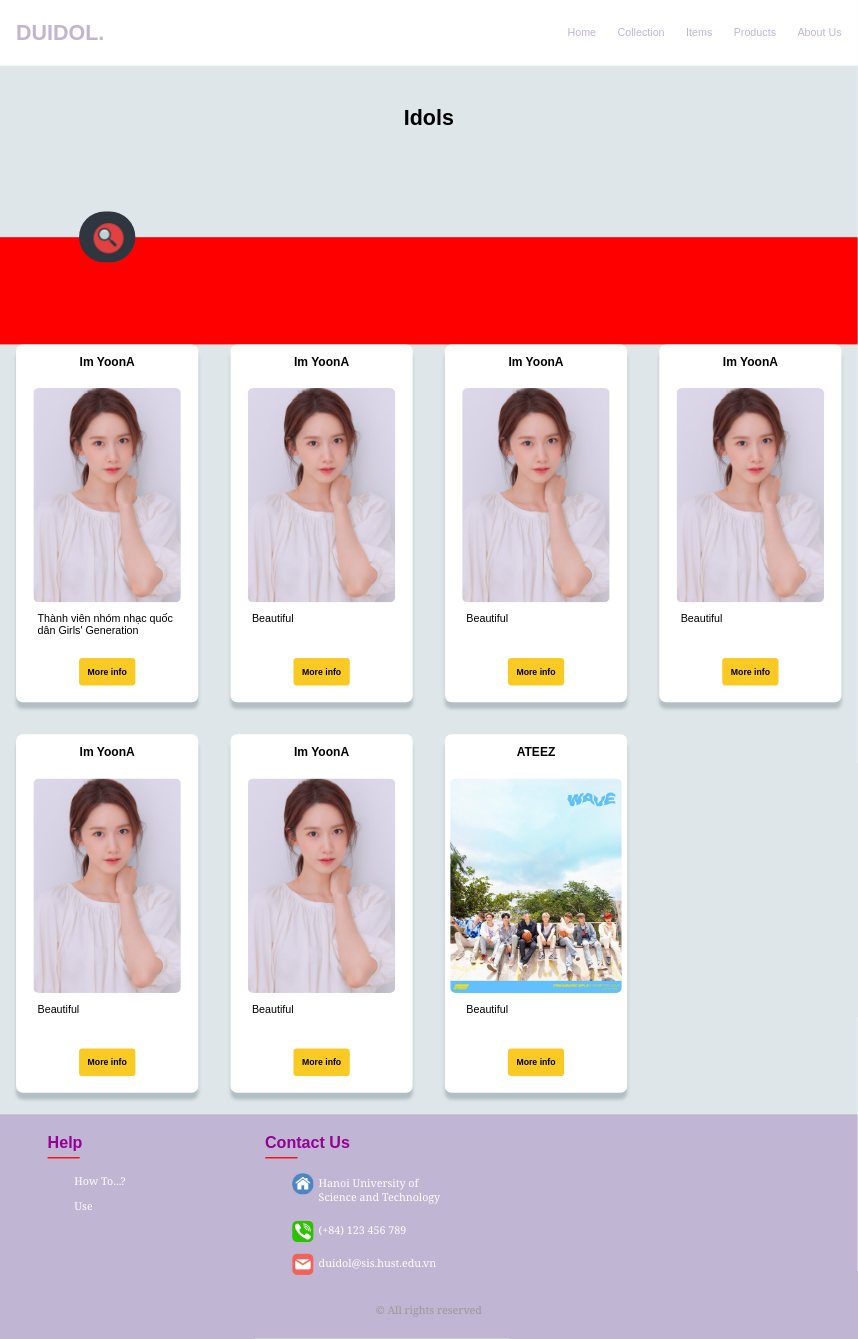
Repository: hangvtt183524/Cong_nghe_Web_va_dich_vu_truc_tuyen_20202
Page: ProjectWeb/src/View/html/idol_list.html
The author's editor kept a copy of each file at every save. The page is drawn from the files as they stood at one save, then again after the next save.
The browser window is 1280 px wide. The pictures show the whole page, at 67% of full size.

Above is the page before, as saved 2021-05-06 17:48:49.

After the next save:
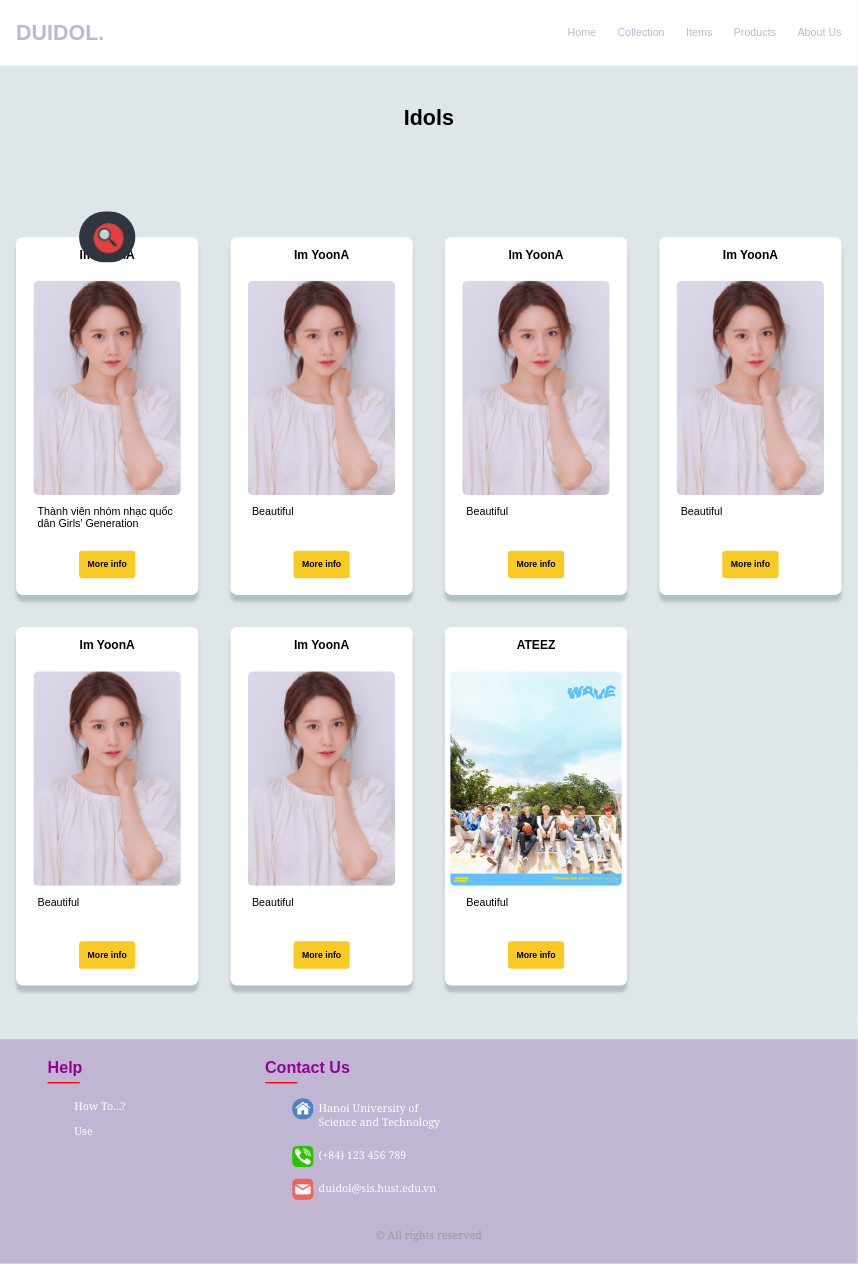
Saved 10 s later.
--- a/ProjectWeb/src/View/css/idol_list.css
+++ b/ProjectWeb/src/View/css/idol_list.css
@@ -5,7 +5,7 @@
 
 .idol-list {
 	background-color:#dfe6e9;
-	padding-bottom: 2em;
+	padding-bottom: 5em;
     align-items: center;
     padding-top: 2em;
 }
@@ -17,7 +17,6 @@
 .container1 {
 	margin-top: 10em;
 	background-color: red;
-	padding-bottom: 10em;
 }
 .container1 .search-box {
 	position: absolute;
